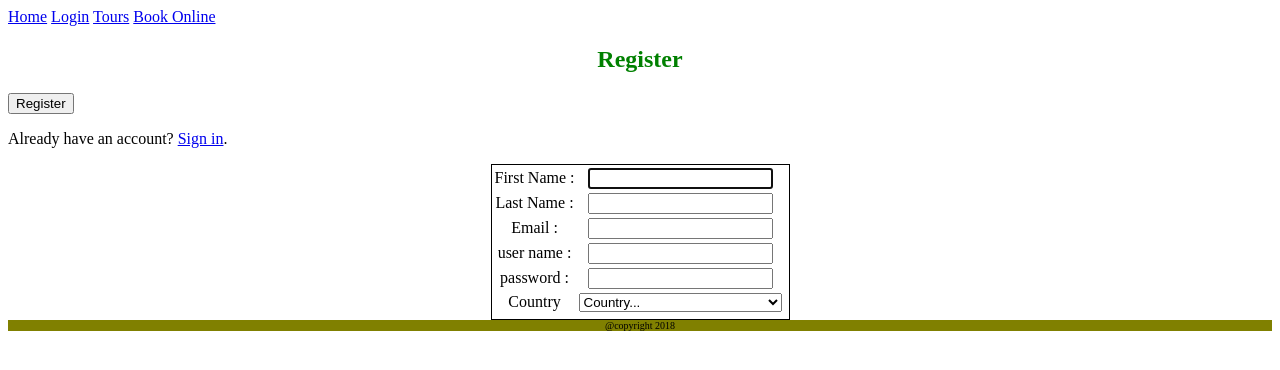
Repository: Rahim89/ANYFT
Page: http://localhost/CaseStudy/WEB-INF/views/registration.jsp
The author's editor kept a copy of each file at every save. The page is drawn from the files as they stood at one save, then again after the next save.
The browser window is 1280 px wide. The pictures show the whole page.
The page is served by Tomcat 9. Nobody is signed in. Other server files are loaded and not shown. The template is opened directly, without the code that normally fills it, so the values that code supplies are empty.

Above is the page before, as saved 2018-09-17 19:22:21.

### CaseStudy/WebContent/WEB-INF/views/registration.jsp
<%@ page language="java" contentType="text/html; charset=UTF-8"
    pageEncoding="UTF-8"%>
    <%@taglib uri ="http://www.springframework.org/tags/form" prefix="form"%>
<!DOCTYPE html>
<html>
<head>
<meta charset="UTF-8">
<title>Registration</title>



</head>



<body>
	<div id = "header">
    <%@include file="header.jsp" %>
    </div>

    <form action="User_info" method="POST"  >

	<h2 style="color:green; text-align:center;">Register</h2>
	<table style = "border:1px solid; margin: 0 auto; text-align:center;">
		<tr>
			<td>First Name :</td>
			<td><input type="text" name="firstName" autofocus required/></td>
		</tr>
		<tr>
			<td>Last Name :</td>
			<td><input type="text" name="lastName" required/></td>
		</tr>
		<tr>
			<td>Email :</td>
			<td><input type="email" name="email" required/></td>
		</tr>
		<tr>
			<td>user name :</td>
			<td><input type="text" name="userName" required/></td>
			<td><span style="text-align:center; color:red;">${userNameError}</span></td>
		</tr>
		<tr>
			<td>password :</td>
			<td><input type="password" name="password" required/></td>
		</tr>
		<tr>


    <td>Country</td>
    <td><select name="country" required>
		<option value="">Country...</option>
		<option value="Afganistan">Afghanistan</option>
		<option value="Albania">Albania</option>
		<option value="Algeria">Algeria</option>
		<option value="American Samoa">American Samoa</option>
		<option value="Andorra">Andorra</option>
		<option value="Angola">Angola</option>
		<option value="Anguilla">Anguilla</option>
		<option value="Antigua &amp; Barbuda">Antigua &amp; Barbuda</option>
		<option value="Argentina">Argentina</option>
		<option value="Armenia">Armenia</option>
		<option value="Aruba">Aruba</option>
		<option value="Australia">Australia</option>
		<option value="Austria">Austria</option>
		<option value="Azerbaijan">Azerbaijan</option>
		<option value="Bahamas">Bahamas</option>
		<option value="Bahrain">Bahrain</option>
		<option value="Bangladesh">Bangladesh</option>
		<option value="Barbados">Barbados</option>
		<option value="Belarus">Belarus</option>
		<option value="Belgium">Belgium</option>
		<option value="Belize">Belize</option>
		<option value="Benin">Benin</option>
		<option value="Bermuda">Bermuda</option>
		<option value="Bhutan">Bhutan</option>
		<option value="Bolivia">Bolivia</option>
		<option value="Bonaire">Bonaire</option>
		<option value="Bosnia &amp; Herzegovina">Bosnia &amp; Herzegovina</option>
		<option value="Botswana">Botswana</option>
		<option value="Brazil">Brazil</option>
		<option value="British Indian Ocean Ter">British Indian Ocean Ter</option>
		<option value="Brunei">Brunei</option>
		<option value="Bulgaria">Bulgaria</option>
		<option value="Burkina Faso">Burkina Faso</option>
		<option value="Burundi">Burundi</option>
		<option value="Cambodia">Cambodia</option>
		<option value="Cameroon">Cameroon</option>
		<option value="Canada">Canada</option>
		<option value="Canary Islands">Canary Islands</option>
		<option value="Cape Verde">Cape Verde</option>
		<option value="Cayman Islands">Cayman Islands</option>
		<option value="Central African Republic">Central African Republic</option>
		<option value="Chad">Chad</option>
		<option value="Channel Islands">Channel Islands</option>
		<option value="Chile">Chile</option>
		<option value="China">China</option>
		<option value="Christmas Island">Christmas Island</option>
		<option value="Cocos Island">Cocos Island</option>
		<option value="Colombia">Colombia</option>
		<option value="Comoros">Comoros</option>
		<option value="Congo">Congo</option>
		<option value="Cook Islands">Cook Islands</option>
		<option value="Costa Rica">Costa Rica</option>
		<option value="Cote DIvoire">Cote D'Ivoire</option>
		<option value="Croatia">Croatia</option>
		<option value="Cuba">Cuba</option>
		<option value="Curaco">Curacao</option>
		<option value="Cyprus">Cyprus</option>
		<option value="Czech Republic">Czech Republic</option>
		<option value="Denmark">Denmark</option>
		<option value="Djibouti">Djibouti</option>
		<option value="Dominica">Dominica</option>
		<option value="Dominican Republic">Dominican Republic</option>
		<option value="East Timor">East Timor</option>
		<option value="Ecuador">Ecuador</option>
		<option value="Egypt">Egypt</option>
		<option value="El Salvador">El Salvador</option>
		<option value="Equatorial Guinea">Equatorial Guinea</option>
		<option value="Eritrea">Eritrea</option>
		<option value="Estonia">Estonia</option>
		<option value="Ethiopia">Ethiopia</option>
		<option value="Falkland Islands">Falkland Islands</option>
		<option value="Faroe Islands">Faroe Islands</option>
		<option value="Fiji">Fiji</option>
		<option value="Finland">Finland</option>
		<option value="France">France</option>
		<option value="French Guiana">French Guiana</option>
		<option value="French Polynesia">French Polynesia</option>
		<option value="French Southern Ter">French Southern Ter</option>
		<option value="Gabon">Gabon</option>
		<option value="Gambia">Gambia</option>
		<option value="Georgia">Georgia</option>
		<option value="Germany">Germany</option>
		<option value="Ghana">Ghana</option>
		<option value="Gibraltar">Gibraltar</option>
		<option value="Great Britain">Great Britain</option>
		<option value="Greece">Greece</option>
		<option value="Greenland">Greenland</option>
		<option value="Grenada">Grenada</option>
		<option value="Guadeloupe">Guadeloupe</option>
		<option value="Guam">Guam</option>
		<option value="Guatemala">Guatemala</option>
		<option value="Guinea">Guinea</option>
		<option value="Guyana">Guyana</option>
		<option value="Haiti">Haiti</option>
		<option value="Hawaii">Hawaii</option>
		<option value="Honduras">Honduras</option>
		<option value="Hong Kong">Hong Kong</option>
		<option value="Hungary">Hungary</option>
		<option value="Iceland">Iceland</option>
		<option value="India">India</option>
		<option value="Indonesia">Indonesia</option>
		<option value="Iran">Iran</option>
		<option value="Iraq">Iraq</option>
		<option value="Ireland">Ireland</option>
		<option value="Isle of Man">Isle of Man</option>
		<option value="Israel">Israel</option>
		<option value="Italy">Italy</option>
		<option value="Jamaica">Jamaica</option>
		<option value="Japan">Japan</option>
		<option value="Jordan">Jordan</option>
		<option value="Kazakhstan">Kazakhstan</option>
		<option value="Kenya">Kenya</option>
		<option value="Kiribati">Kiribati</option>
		<option value="Korea North">Korea North</option>
		<option value="Korea Sout">Korea South</option>
		<option value="Kuwait">Kuwait</option>
		<option value="Kyrgyzstan">Kyrgyzstan</option>
		<option value="Laos">Laos</option>
		<option value="Latvia">Latvia</option>
		<option value="Lebanon">Lebanon</option>
		<option value="Lesotho">Lesotho</option>
		<option value="Liberia">Liberia</option>
		<option value="Libya">Libya</option>
		<option value="Liechtenstein">Liechtenstein</option>
		<option value="Lithuania">Lithuania</option>
		<option value="Luxembourg">Luxembourg</option>
		<option value="Macau">Macau</option>
		<option value="Macedonia">Macedonia</option>
		<option value="Madagascar">Madagascar</option>
		<option value="Malaysia">Malaysia</option>
		<option value="Malawi">Malawi</option>
		<option value="Maldives">Maldives</option>
		<option value="Mali">Mali</option>
		<option value="Malta">Malta</option>
		<option value="Marshall Islands">Marshall Islands</option>
		<option value="Martinique">Martinique</option>
		<option value="Mauritania">Mauritania</option>
		<option value="Mauritius">Mauritius</option>
		<option value="Mayotte">Mayotte</option>
		<option value="Mexico">Mexico</option>
		<option value="Midway Islands">Midway Islands</option>
		<option value="Moldova">Moldova</option>
		<option value="Monaco">Monaco</option>
		<option value="Mongolia">Mongolia</option>
		<option value="Montserrat">Montserrat</option>
		<option value="Morocco">Morocco</option>
		<option value="Mozambique">Mozambique</option>
		<option value="Myanmar">Myanmar</option>
		<option value="Nambia">Nambia</option>
		<option value="Nauru">Nauru</option>
		<option value="Nepal">Nepal</option>
		<option value="Netherland Antilles">Netherland Antilles</option>
		<option value="Netherlands">Netherlands (Holland, Europe)</option>
		<option value="Nevis">Nevis</option>
		<option value="New Caledonia">New Caledonia</option>
		<option value="New Zealand">New Zealand</option>
		<option value="Nicaragua">Nicaragua</option>
		<option value="Niger">Niger</option>
		<option value="Nigeria">Nigeria</option>
		<option value="Niue">Niue</option>
		<option value="Norfolk Island">Norfolk Island</option>
		<option value="Norway">Norway</option>
		<option value="Oman">Oman</option>
		<option value="Pakistan">Pakistan</option>
		<option value="Palau Island">Palau Island</option>
		<option value="Palestine">Palestine</option>
		<option value="Panama">Panama</option>
		<option value="Papua New Guinea">Papua New Guinea</option>
		<option value="Paraguay">Paraguay</option>
		<option value="Peru">Peru</option>
		<option value="Phillipines">Philippines</option>
		<option value="Pitcairn Island">Pitcairn Island</option>
		<option value="Poland">Poland</option>
		<option value="Portugal">Portugal</option>
		<option value="Puerto Rico">Puerto Rico</option>
		<option value="Qatar">Qatar</option>
		<option value="Republic of Montenegro">Republic of Montenegro</option>
		<option value="Republic of Serbia">Republic of Serbia</option>
		<option value="Reunion">Reunion</option>
		<option value="Romania">Romania</option>
		<option value="Russia">Russia</option>
		<option value="Rwanda">Rwanda</option>
		<option value="St Barthelemy">St Barthelemy</option>
		<option value="St Eustatius">St Eustatius</option>
		<option value="St Helena">St Helena</option>
		<option value="St Kitts-Nevis">St Kitts-Nevis</option>
		<option value="St Lucia">St Lucia</option>
		<option value="St Maarten">St Maarten</option>
		<option value="St Pierre &amp; Miquelon">St Pierre &amp; Miquelon</option>
		<option value="St Vincent &amp; Grenadines">St Vincent &amp; Grenadines</option>
		<option value="Saipan">Saipan</option>
		<option value="Samoa">Samoa</option>
		<option value="Samoa American">Samoa American</option>
		<option value="San Marino">San Marino</option>
		<option value="Sao Tome &amp; Principe">Sao Tome &amp; Principe</option>
		<option value="Saudi Arabia">Saudi Arabia</option>
		<option value="Senegal">Senegal</option>
		<option value="Serbia">Serbia</option>
		<option value="Seychelles">Seychelles</option>
		<option value="Sierra Leone">Sierra Leone</option>
		<option value="Singapore">Singapore</option>
		<option value="Slovakia">Slovakia</option>
		<option value="Slovenia">Slovenia</option>
		<option value="Solomon Islands">Solomon Islands</option>
		<option value="Somalia">Somalia</option>
		<option value="South Africa">South Africa</option>
		<option value="Spain">Spain</option>
		<option value="Sri Lanka">Sri Lanka</option>
		<option value="Sudan">Sudan</option>
		<option value="Suriname">Suriname</option>
		<option value="Swaziland">Swaziland</option>
		<option value="Sweden">Sweden</option>
		<option value="Switzerland">Switzerland</option>
		<option value="Syria">Syria</option>
		<option value="Tahiti">Tahiti</option>
		<option value="Taiwan">Taiwan</option>
		<option value="Tajikistan">Tajikistan</option>
		<option value="Tanzania">Tanzania</option>
		<option value="Thailand">Thailand</option>
		<option value="Togo">Togo</option>
		<option value="Tokelau">Tokelau</option>
		<option value="Tonga">Tonga</option>
		<option value="Trinidad &amp; Tobago">Trinidad &amp; Tobago</option>
		<option value="Tunisia">Tunisia</option>
		<option value="Turkey">Turkey</option>
		<option value="Turkmenistan">Turkmenistan</option>
		<option value="Turks &amp; Caicos Is">Turks &amp; Caicos Is</option>
		<option value="Tuvalu">Tuvalu</option>
		<option value="Uganda">Uganda</option>
		<option value="Ukraine">Ukraine</option>
		<option value="United Arab Erimates">United Arab Emirates</option>
		<option value="United Kingdom">United Kingdom</option>
		<option value="United States of America">United States of America</option>
		<option value="Uraguay">Uruguay</option>
		<option value="Uzbekistan">Uzbekistan</option>
		<option value="Vanuatu">Vanuatu</option>
		<option value="Vatican City State">Vatican City State</option>
		<option value="Venezuela">Venezuela</option>
		<option value="Vietnam">Vietnam</option>
		<option value="Virgin Islands (Brit)">Virgin Islands (Brit)</option>
		<option value="Virgin Islands (USA)">Virgin Islands (USA)</option>
		<option value="Wake Island">Wake Island</option>
		<option value="Wallis &amp; Futana Is">Wallis &amp; Futana Is</option>
		<option value="Yemen">Yemen</option>
		<option value="Zaire">Zaire</option>
		<option value="Zambia">Zambia</option>
		<option value="Zimbabwe">Zimbabwe</option>
	</select>
	</td>
	</tr>

    <tr>
    <button type="submit" class="registerbtn">Register</button>
  	</tr>


    <tr>
   		 <p>Already have an account? <a href="login">Sign in</a>.</p>
  	</tr>

  </table>
</form>

	<div>
		<%@include file="footer.jsp" %>
    </div>
</body>




</html>

### CaseStudy/WebContent/WEB-INF/views/header.jsp
<%@ page language="java" contentType="text/html; charset=UTF-8"
    pageEncoding="UTF-8"%>
<!DOCTYPE html>
<html>
<head>
<meta charset="UTF-8">
<title>Insert title here</title>
</head>

<body>

<nav class="topnav" id="myTopnav">
  <a href="home" class="active">Home</a>
  <a href="login">Login</a>
  <a href="tourpackage">Tours</a>
  <a href="booking">Book Online</a>

</nav>


</body>
</html>

### CaseStudy/WebContent/WEB-INF/views/footer.jsp
<%@ page language="java" contentType="text/html; charset=UTF-8"
    pageEncoding="UTF-8"%>
<!DOCTYPE html>
<html>
<head>
<meta charset="UTF-8">
<title>Footer</title>
</head>
<body>
	<div  style="background-color: Olive;text-align: center;font-size: 10px;height: 5%;"> @copyright 2018</div>
</body>
</html>

After the next save:
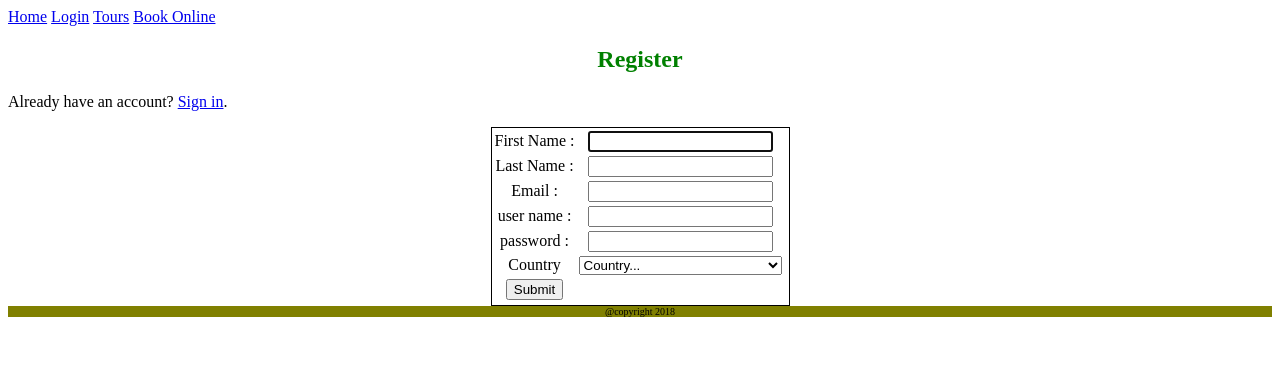
Saved 109 s later.
--- a/CaseStudy/WebContent/WEB-INF/views/registration.jsp
+++ b/CaseStudy/WebContent/WEB-INF/views/registration.jsp
@@ -301,7 +301,7 @@
 	</tr>
 
     <tr>
-    <button type="submit" class="registerbtn">Register</button>
+    	<td><input type="submit" name="Register"/></td>
   	</tr>
 
 
